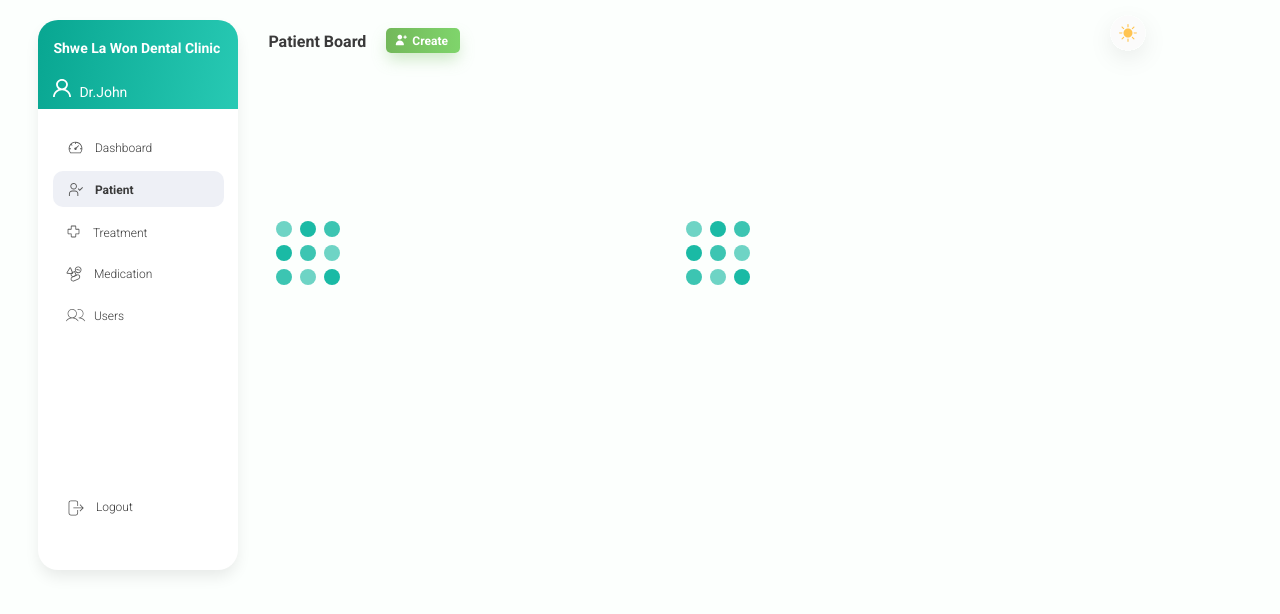
Repository: mrkaskar/frontendpatientrecord_typescript
Page: /patient
The author's editor kept a copy of each file at every save. The page is drawn from the files as they stood at one save, then again after the next save.
The browser window is 1280 px wide. The pictures show the whole page.
The page's requests for data from a server got no answer. The project was rebuilt for these pictures with package versions that can differ from the ones it lists, and the page was loaded fresh each time. No one was signed in, and anything a server would have sent is missing. Also part of the build but not shown: src/components/checkbox/styles/index.css, src/components/checkbox/main.tsx, src/components/dropdown/styles/index.css, src/components/dropdown/main.tsx, src/components/iconbutton/styles/index.css, src/components/iconbutton/main.tsx, src/components/table/styles/index.css, src/components/table/main.tsx and 36 more.

Above is the page before, as saved 2021-12-26 21:29:01.

After the next save:
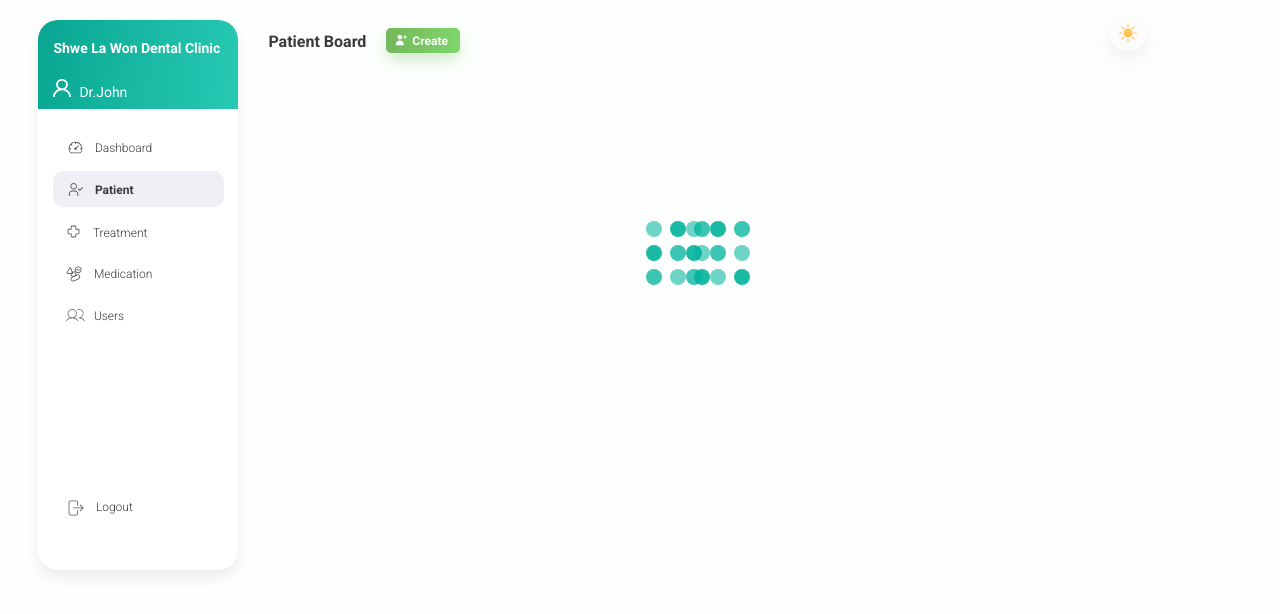
Saved 24 s later.
--- a/src/modules/patient/components/PatientTable.tsx
+++ b/src/modules/patient/components/PatientTable.tsx
@@ -142,7 +142,7 @@ function PatientTable():ReactElement {
                 justifyContent: 'center',
                 alignItems: 'center',
                 position: 'absolute',
-
+                left: '400px',
               }}
             >
               <Loader />
